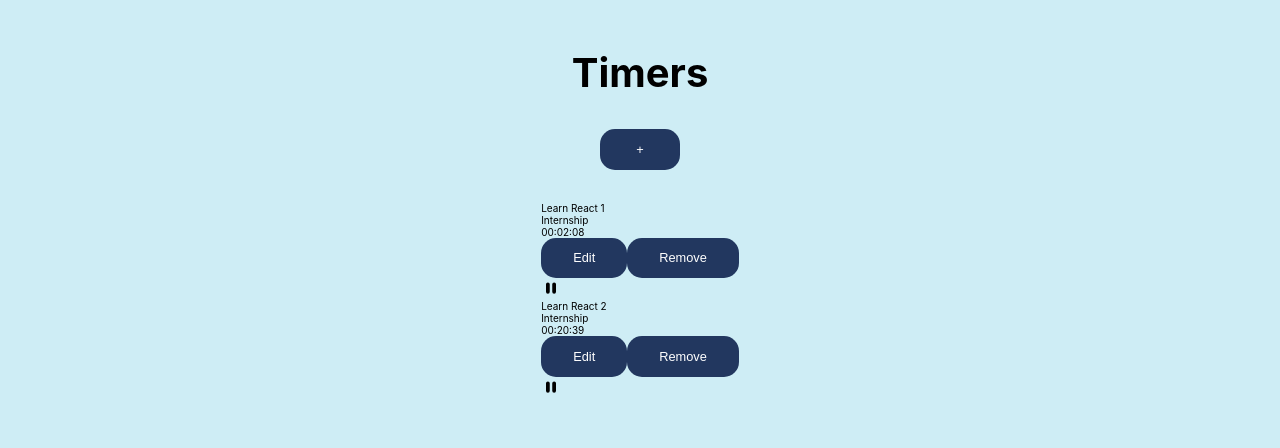
Repository: dqhuy153/react-timer
Page: /
The author's editor kept a copy of each file at every save. The page is drawn from the files as they stood at one save, then again after the next save.
The browser window is 1280 px wide. The pictures show the whole page.
The project was rebuilt for these pictures with package versions that can differ from the ones it lists, and the page was loaded fresh each time. Also part of the build but not shown: src/components/TimerForm/TimerForm.module.scss, src/components/TimerForm/index.jsx, src/components/EditableTimerForm/EditableTimerForm.module.scss.

Above is the page before, as saved 2021-10-26 17:16:18.

After the next save:
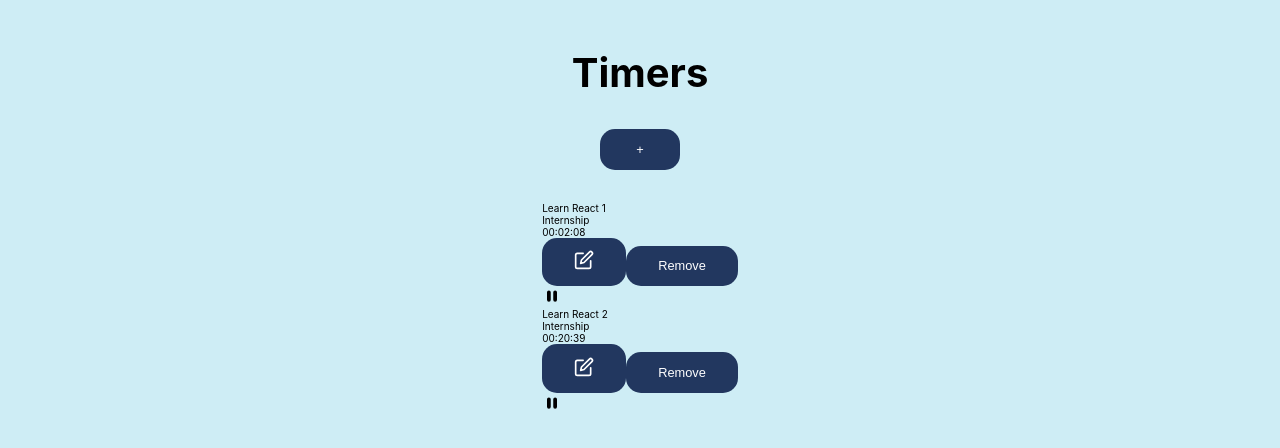
Saved 10 s later.
--- a/src/components/Timer/index.jsx
+++ b/src/components/Timer/index.jsx
@@ -27,7 +27,9 @@ const Timer = ({
       <p>{millisecondsToHuman(timer)}</p>
 
       <div>
-        <Button onClick={onEdit}>Edit</Button>
+        <Button onClick={onEdit}>
+          <FiEdit size={20} />
+        </Button>
         <Button onClick={onRemove}>Remove</Button>
       </div>
 
